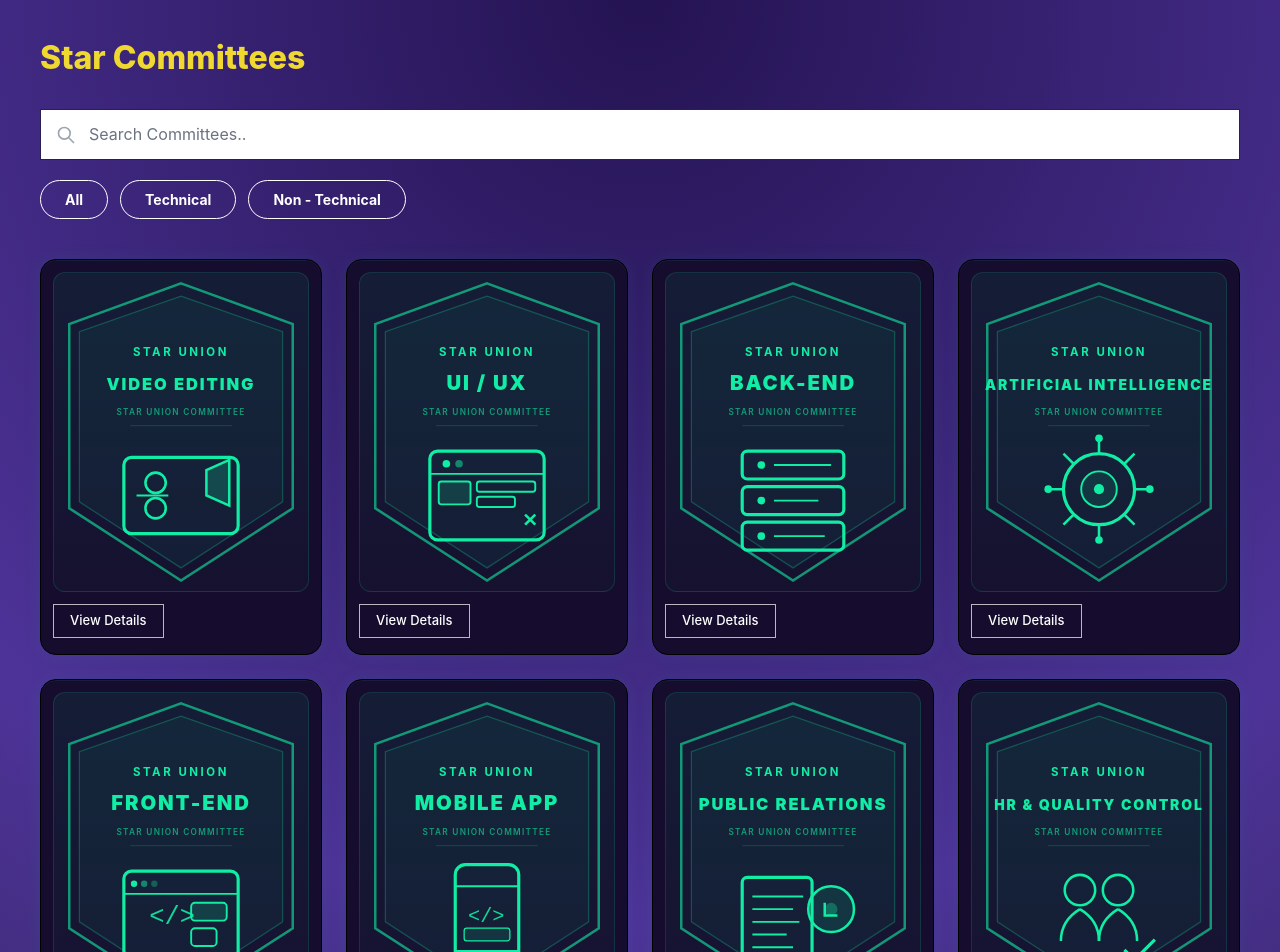
Repository: Frontend-Committee/StarUnion-Website
Page: /committees
An editor plug-in stored every save of this project. The page is shown before and after the next save, followed by the edit.
The browser window is 1280 px wide. The pictures show the part of the page from y = 0 to 952 px (the page is 1953 px tall).
The project was rebuilt for these pictures with package versions that can differ from the ones it lists, and the page was loaded fresh each time. Also part of the build but not shown: vite.config.js, src/features/committees/pages/CommitteeDetailsPage.jsx, src/components/common/Navbar.jsx, src/components/common/Footer.jsx.

Above is the page before, as saved 2026-02-26 02:51:55.

After the next save:
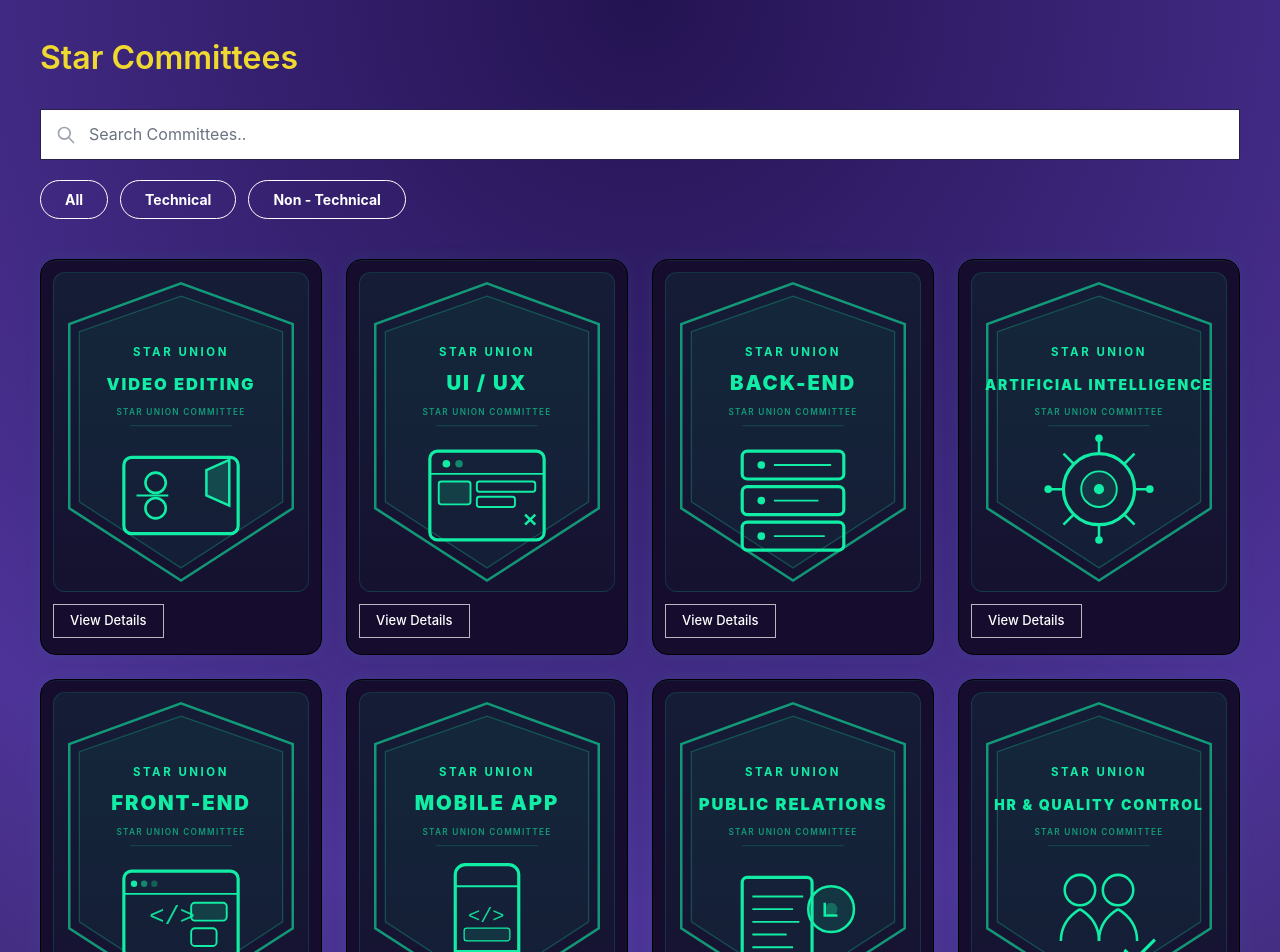
Saved 22 s later.
--- a/src/features/committees/pages/CommitteesPage.jsx
+++ b/src/features/committees/pages/CommitteesPage.jsx
@@ -33,7 +33,7 @@ export default function CommitteesPage() {
       <div className="max-w-[1200px] mx-auto">
         {/* Page Title */}
         <ScrollAnimation variant="fade-down">
-          <h1 className="text-h2 text-tertiary font-extrabold mb-8">
+          <h1 className="text-h2 text-tertiary font-semibold mb-8">
             Star Committees
           </h1>
         </ScrollAnimation>
